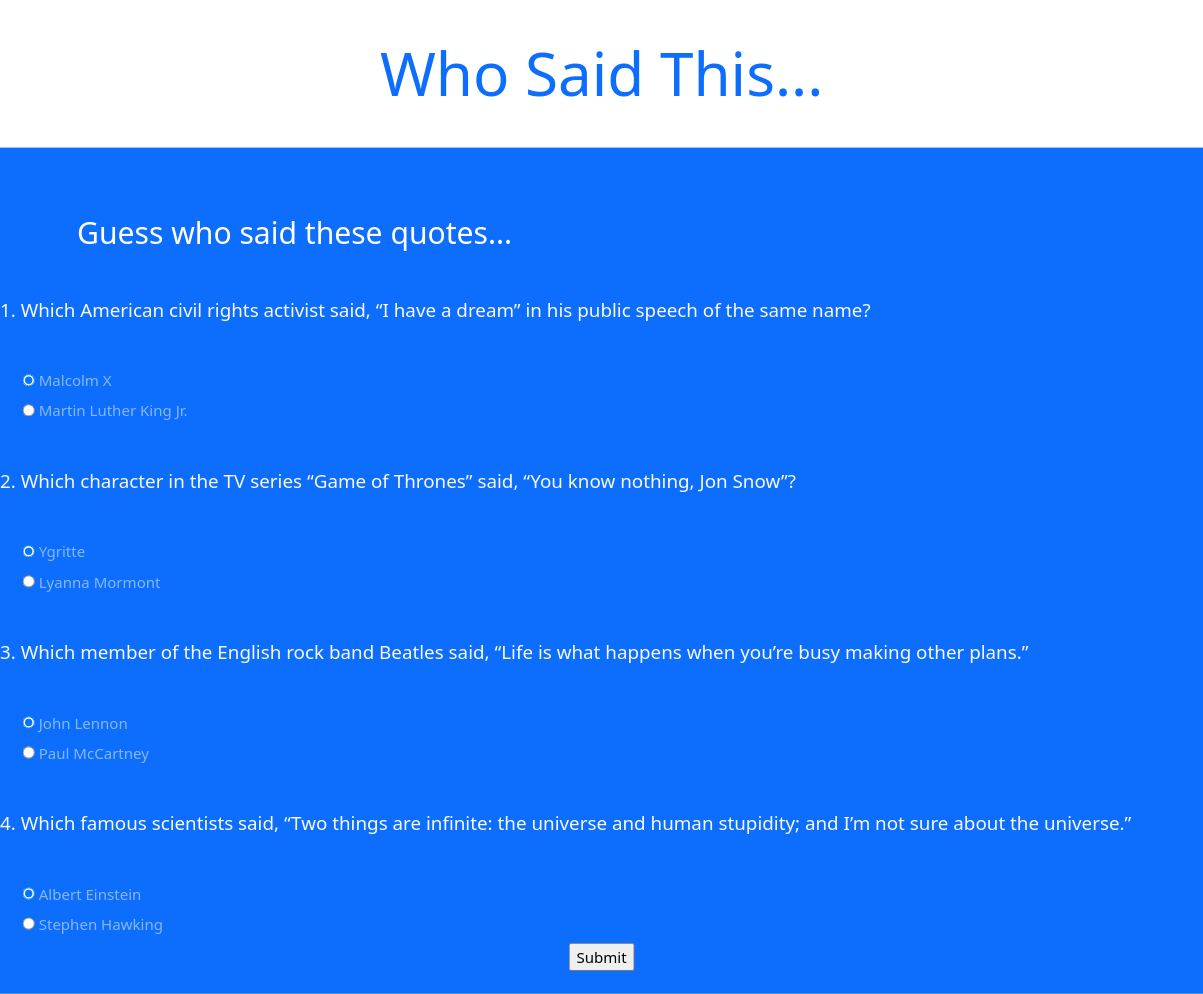
Repository: julihocc/netninja-quiz
Page: index.html
The author's editor kept a copy of each file at every save. The page is drawn from the files as they stood at one save, then again after the next save.
The browser window is 1280 px wide. The pictures show the whole page, at 94% of full size.

Above is the page before, as saved 2022-09-27 19:25:05.

After the next save:
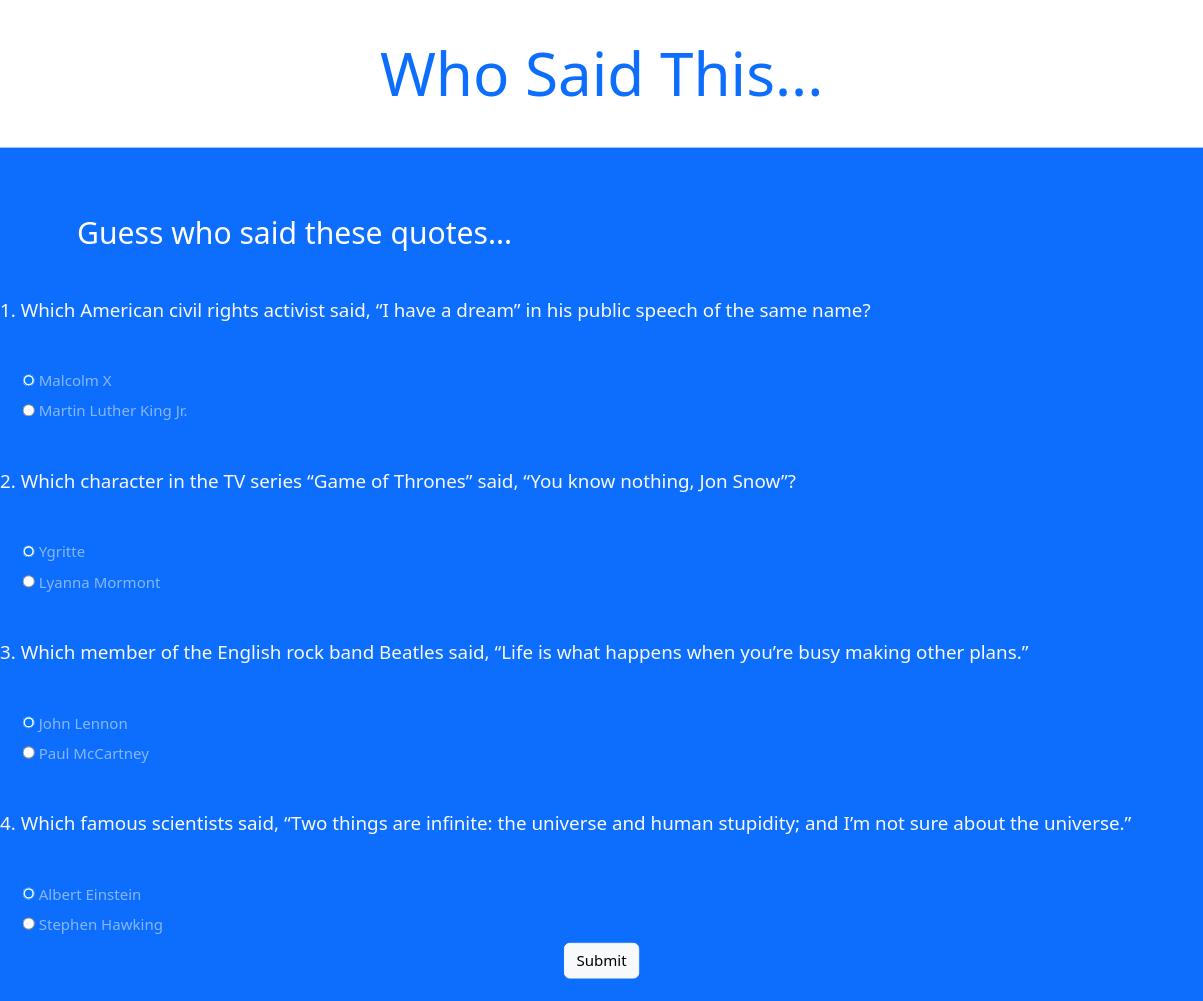
Saved 11 s later.
--- a/index.html
+++ b/index.html
@@ -88,7 +88,7 @@
             </div>
 
             <div class="text-center">
-                <input type="submit" class="">
+                <input type="submit" class="btn btn-light">
             </div>
 
         </form>
